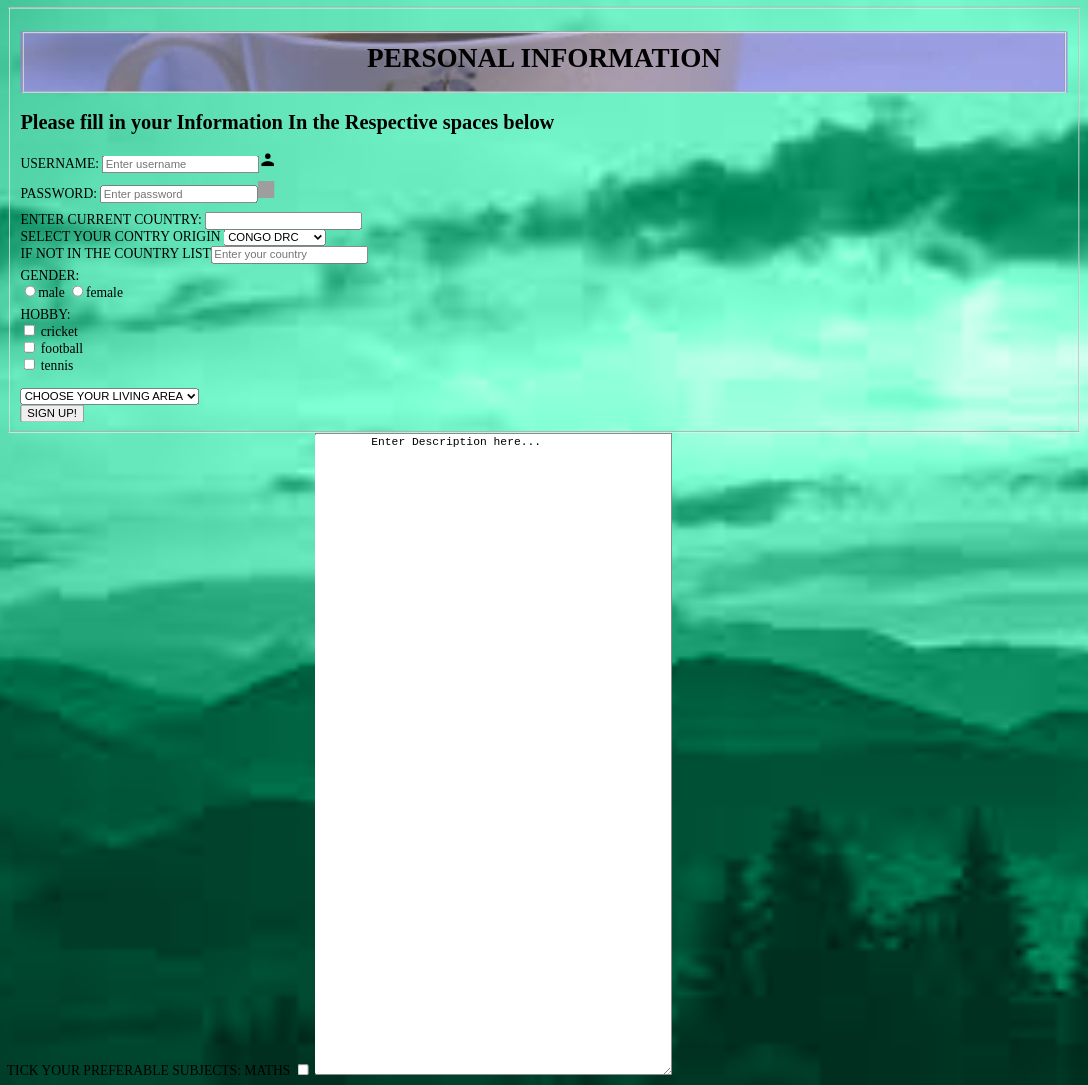
Repository: mirambialex/myform
Page: website/INDEX.HTML
The author's editor kept a copy of each file at every save. The page is drawn from the files as they stood at one save, then again after the next save.
The browser window is 1280 px wide. The pictures show the whole page, at 85% of full size.
Pictures or frames that could not be fetched are drawn as grey boxes.

Above is the page before, as saved 2024-04-17 11:26:23.

After the next save:
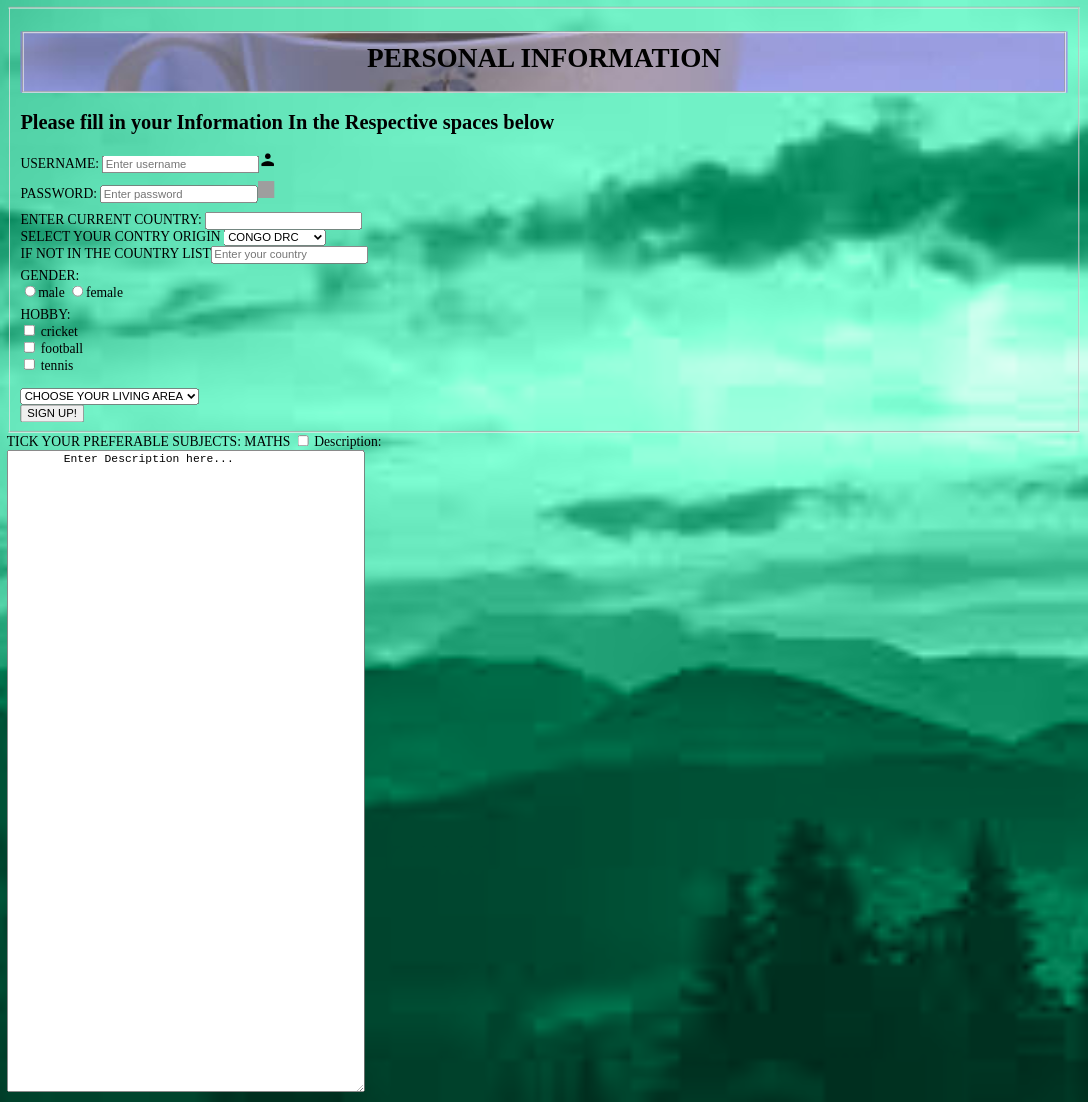
Saved 5 s later.
--- a/website/INDEX.HTML
+++ b/website/INDEX.HTML
@@ -72,7 +72,7 @@
 </FORM>
 <FORM>
     TICK YOUR PREFERABLE SUBJECTS:
-    MATHS <input TYPE="checkbox" NAME="MATHS" VALUE="ON"
+    MATHS <input TYPE="checkbox" NAME="MATHS" VALUE="ON">
     Description: <br/>
     <textarea name="Description" cols="50" rows="50">
         Enter Description here...

After the 2 saves that followed:
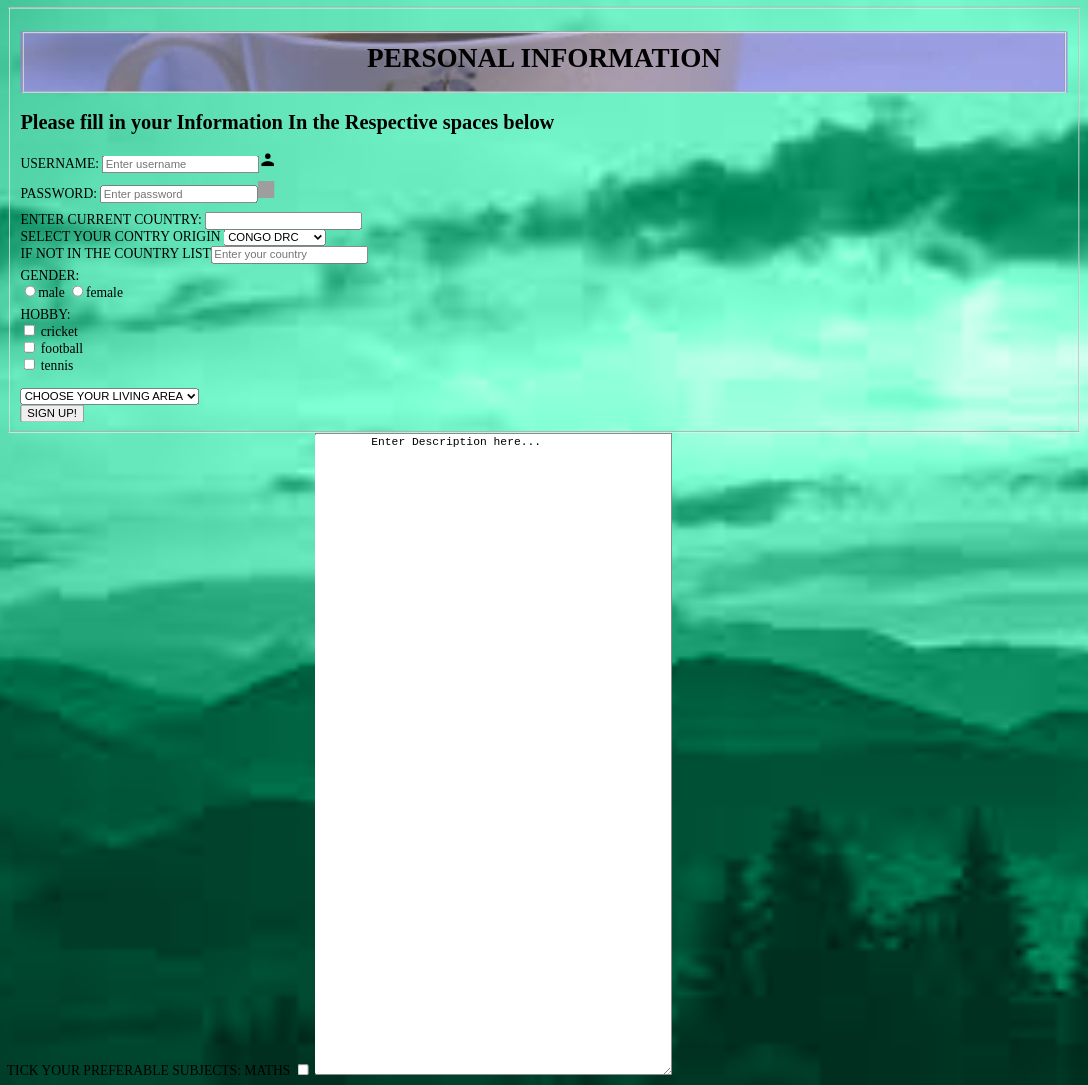
The 2 saves are shown as one change because they came seconds apart.
The last was saved 7 s later.
--- a/website/INDEX.HTML
+++ b/website/INDEX.HTML
@@ -72,7 +72,7 @@
 </FORM>
 <FORM>
     TICK YOUR PREFERABLE SUBJECTS:
-    MATHS <input TYPE="checkbox" NAME="MATHS" VALUE="ON">
+    MATHS <input TYPE="checkbox" NAME="MATHS" VALUE="ON"><INPU
     Description: <br/>
     <textarea name="Description" cols="50" rows="50">
         Enter Description here...
